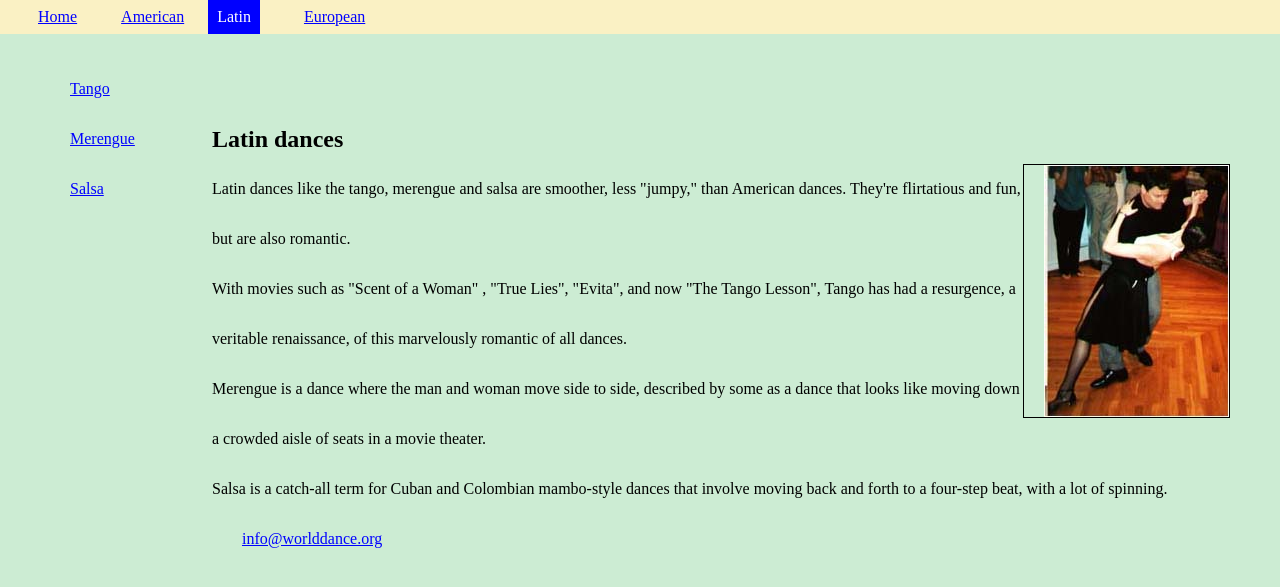
Repository: Helianthusss/Learn-CPP
Page: HTML/Lab-04/Dance/Latin.html
The author's editor kept a copy of each file at every save. The page is drawn from the files as they stood at one save, then again after the next save.
The browser window is 1280 px wide. The pictures show the whole page.

Above is the page before, as saved 2021-10-16 19:48:43.

### HTML/Lab-04/Dance/Latin.html
<html>
<head>
<link rel="stylesheet" href="format.css">
<title>Latin</title>
</head>
<body>
<div id="topnav">
<ul id="navbar">
<li><a href="index.html">Home</a></li>
<li><a href="American.html">American</a></li>
<li><a class="x">Latin</a></li>
<li><a href="European.html">European</a></li>
</ul>
</div>
<div id="clear"></div>
<div id="links">
<p><a href="Tango.html">Tango</a></p>
<p><a href="Merengue.html">Merengue</a></p>
<p><a href="Salsa.html">Salsa</a></p>
</div>
<div id="content">
<h2>Latin dances</h2>
<img src="graphics/tango.jpg"align="right" vspace="4" hspace="12" border="1">
<p>Latin dances like the tango, merengue and salsa are smoother, less "jumpy," than American dances. They're flirtatious and fun, but are also romantic.</p>
<p>With movies such as "Scent of a Woman" , "True Lies", "Evita", and now "The Tango Lesson", Tango has had a resurgence, a veritable renaissance, of this marvelously romantic of all dances.</p>
<p>Merengue is a dance where the man and woman move side to side, described by some as a dance that looks like moving down a crowded aisle of seats in a movie theater.</p>
<p>Salsa is a catch-all term for Cuban and Colombian mambo-style dances that involve moving back and forth to a four-step beat, with a lot of spinning.
</p>
<p><a href="mailto:info@worlddance.org">info@worlddance.org</a></p>
</p>
</div>
</body>
</html>

### HTML/Lab-04/Dance/format.css
* {
  padding: 0px;
  margin: 0px;
  box-sizing: border-box;
}
li {
  display: inline;
}

#navbar {
  padding: 8px;
  background-color: #faf1c4;
}
a {
  padding-left: 20px;
  margin: 10px;
  color: blue;
}
.x {
  padding: 9px;
  margin: 10px;
  background-color: blue;
  color: white;
}

* {
  padding: 0px;
  margin: 0px;
  box-sizing: border-box;
}
body {
  background: #ccecd3;
}

#links {
  text-indent: 20px;
  margin-top: 30px;
  float: left;
  width: 15%;
  line-height: 10px;
  background: #ccecd3;
  height: 200px;
}

#content {
  background: #ccecd3;
  margin-top: 30px;
  float: right;
  width: 85%;
  padding-right: 50px;
  height: 350px;
  line-height: 30px;
  padding-top: 50px;
}
img,
h2,
p,
h3 {
  line-height: 50px;
  padding-left: 20px;
}

After the next save:
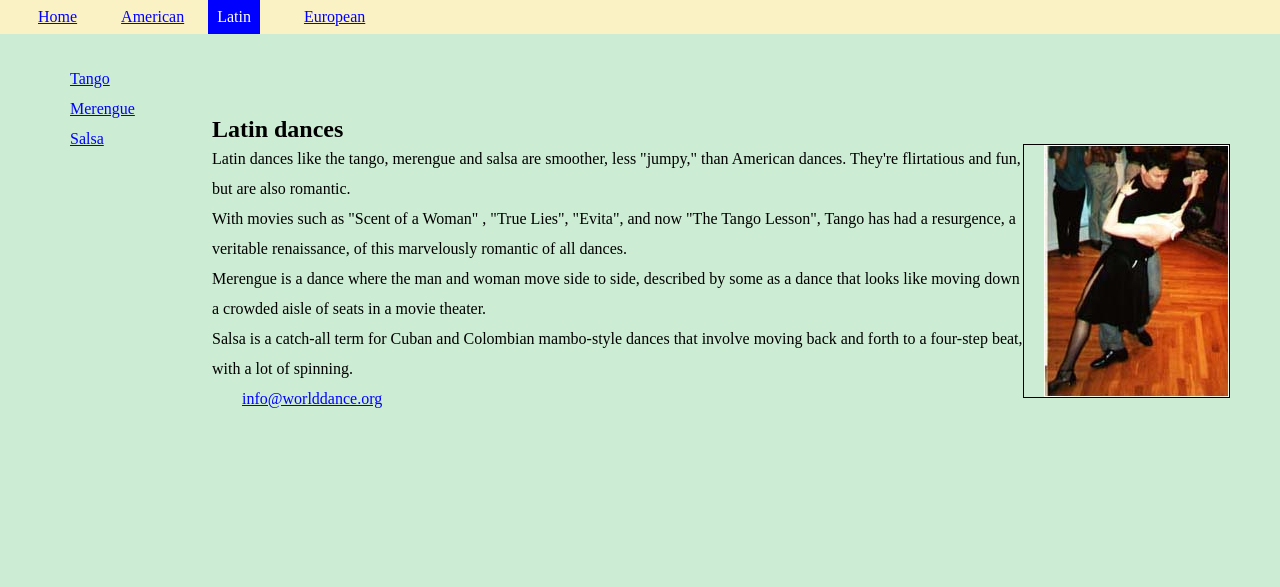
Saved 77 s later.
--- a/HTML/Lab-04/Dance/format.css
+++ b/HTML/Lab-04/Dance/format.css
@@ -56,6 +56,6 @@ img,
 h2,
 p,
 h3 {
-  line-height: 50px;
+  line-height: 30px;
   padding-left: 20px;
 }

After the save that followed:
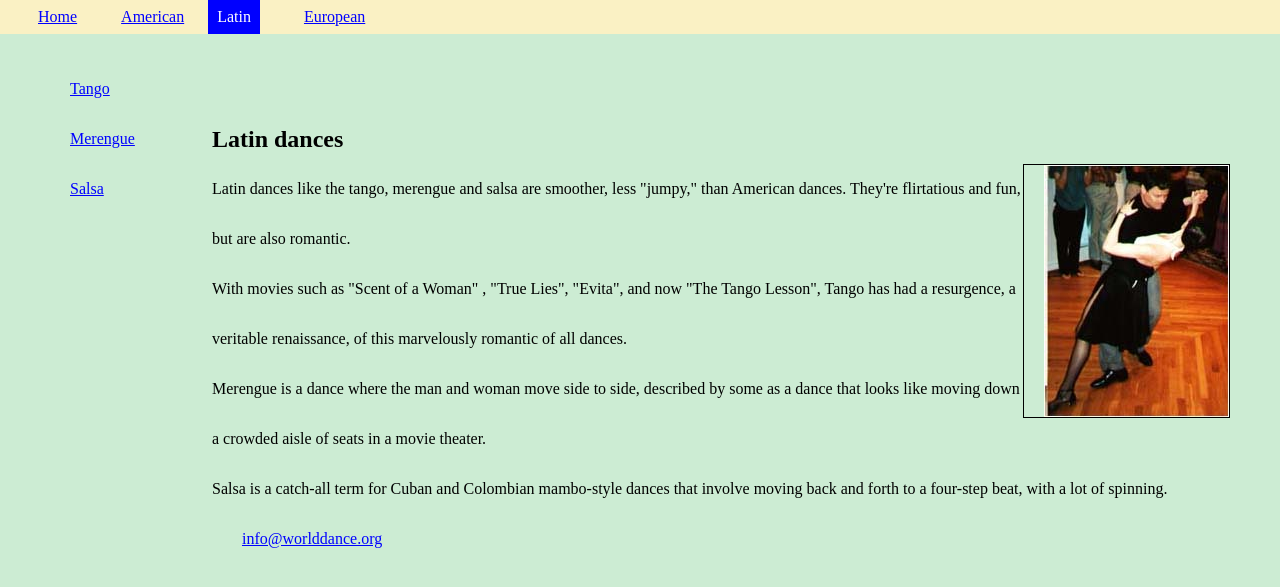
Saved 35 s later.
--- a/HTML/Lab-04/Dance/format.css
+++ b/HTML/Lab-04/Dance/format.css
@@ -56,6 +56,6 @@ img,
 h2,
 p,
 h3 {
-  line-height: 30px;
+  line-height: 50px;
   padding-left: 20px;
 }
